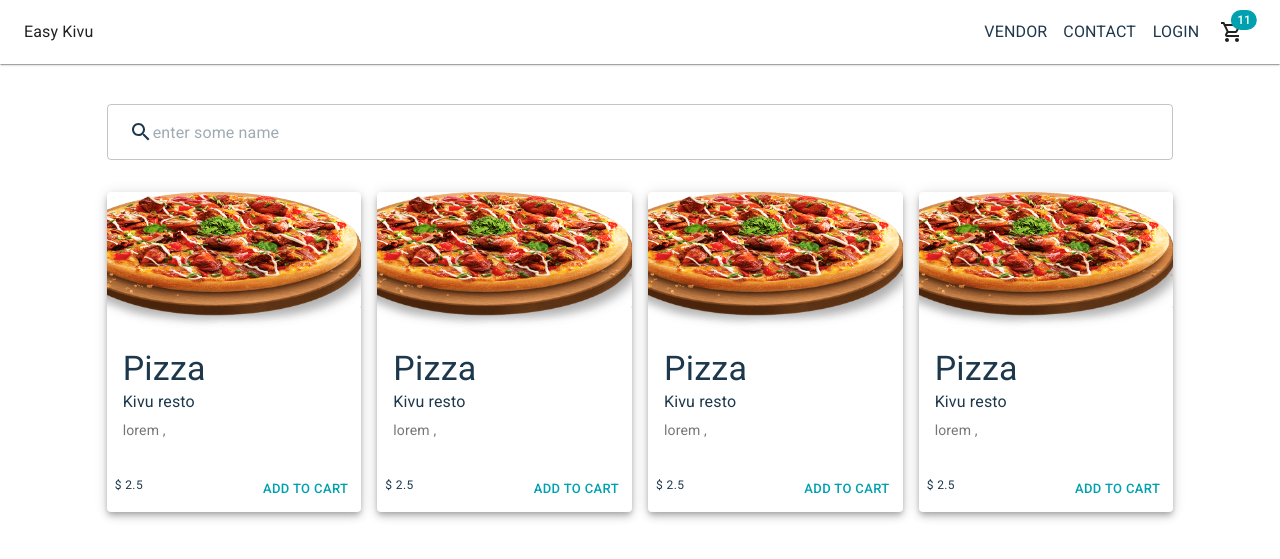
Repository: kilamaelie/jokes-dapp
Page: /
These files come from the project's save history. The page is drawn as it stood at one moment and after the next save; the edit follows.
The browser window is 1280 px wide. The pictures show the whole page.
The project was rebuilt for these pictures with package versions that can differ from the ones it lists, and the page was loaded fresh each time. Also part of the build but not shown: src/ui/page/dashboard/dashboard.js.

Above is the page before, as saved 2021-06-28 02:19:10.

### src/App.js
import React from 'react'
import {BrowserRouter as Router ,Switch,Route} from 'react-router-dom'
import {ThemeProvider } from "@material-ui/core/styles";
import theme from './App_theme/theme'
import CssBaseline from '@material-ui/core/CssBaseline'
import Main from './ui/page/website/main'
import Dashboards from  './ui/page/dashboard/dashboard'
import AppBars from './ui/widget/appbar'



const App =()=>{


  return (
    <ThemeProvider theme={theme}>
      <CssBaseline>
          <Router>
            <AppBars/>
            <Switch>
              <Route path='/dashboard' component={Dashboards}/>
              <Route path= '/' component={Main}/>
            </Switch>
          </Router>
      </CssBaseline>
    </ThemeProvider>
  )
}

export default App

### src/App_theme/theme.js
import {createMuiTheme} from '@material-ui/core/styles'


const theme =createMuiTheme({
    palette:{
        primary:{
          main: '#FFF'
        },
        secondary:{
          main: '#00A1AF'
        },
        background:{
          default:'#FFF'
        },
        text:{
          primary:'#1D384C'
        }

      }
})

export default theme

### src/ui/page/website/main.js
import React from 'react'
import {Switch,Route} from 'react-router-dom'
import Home from './screen/home'



const Main =()=>{
    return (
            <Switch>

                <Route exact path= '/' component={Home}/>
            </Switch>
        )
}

export default Main

### src/ui/widget/appbar.js
import React,{useState} from 'react'
import {Grid,AppBar,Toolbar,IconButton,Typography,Button,Dialog,DialogContent,DialogContentText,MenuItem,Menu,Badge} from '@material-ui/core';
import RestaurantMenuIcon from '@material-ui/icons/RestaurantMenu';
import AccountCircle from '@material-ui/icons/AccountCircle';
import NotificationsIcon from '@material-ui/icons/Notifications';
import MoreIcon from '@material-ui/icons/MoreVert';
import { useTheme} from '@material-ui/core/styles'
import useMediaQuery from '@material-ui/core/useMediaQuery';
import useStyles from '../style'
import {Link} from 'react-router-dom'
import ShoppingCartOutlinedIcon from '@material-ui/icons/ShoppingCartOutlined';




const AppBars =()=>{

  const classes = useStyles();
  const [open, setOpen] = useState(false);
  const theme = useTheme();
  const fullScreen = useMediaQuery(theme.breakpoints.down('sm'));

  const handleClickOpen = () => {
    setOpen(true);
  };
  const handleClose = () => {
    setOpen(false);
  };
  // for the app bar

  const [anchorEl, setAnchorEl] = React.useState(null);
  const [mobileMoreAnchorEl, setMobileMoreAnchorEl] = React.useState(null);

  const isMenuOpen = Boolean(anchorEl);
  const isMobileMenuOpen = Boolean(mobileMoreAnchorEl);

  const handleProfileMenuOpen = (event) => {
    setAnchorEl(event.currentTarget);
  };
  const handleMenuClose = () => {
    setAnchorEl(null);
    handleMobileMenuClose();
  };
  const handleMobileMenuClose = () => {
    setMobileMoreAnchorEl(null);
  };
  const handleMobileMenuOpen = (event) => {
    setMobileMoreAnchorEl(event.currentTarget);
  };
  const handleLogoutAndMenuClose = () =>{
    const logout = localStorage.removeItem('token')
    localStorage.removeItem('id')
    localStorage.removeItem('user')
    setAnchorEl(null);
    handleMobileMenuClose();
    window.location.reload();
    return logout
  }

  const menuId = 'primary-search-account-menu';
  const renderMenu = (
    <Menu
      anchorEl={anchorEl}
      anchorOrigin={{ vertical: 'top', horizontal: 'right' }}
      id={menuId}
      keepMounted
      transformOrigin={{ vertical: 'top', horizontal: 'right' }}
      open={isMenuOpen}
      onClose={handleMenuClose}
    >
      <MenuItem onClick={handleMenuClose}>Profile</MenuItem>
      <MenuItem onClick={handleLogoutAndMenuClose}>Logout</MenuItem>
    </Menu>
  );

  const mobileMenuId = 'primary-search-account-menu-mobile';
  const renderMobileMenu = (
    <Menu
      anchorEl={mobileMoreAnchorEl}
      anchorOrigin={{ vertical: 'top', horizontal: 'right' }}
      id={mobileMenuId}
      keepMounted
      transformOrigin={{ vertical: 'top', horizontal: 'right' }}
      open={isMobileMenuOpen}
      onClose={handleMobileMenuClose}
    >
          <MenuItem>
          <Typography className={classes.typoAppbar}>VENDOR</Typography>
          </MenuItem>
          <MenuItem>
           <Typography className={classes.typoAppbar}>Contact</Typography>
          </MenuItem>
          {/* {
            token!=null? <div>
               <MenuItem>
        <IconButton aria-label="show 11 new notifications" color="inherit">
          <Badge badgeContent={11} color="secondary">
            <NotificationsIcon />
          </Badge>
        </IconButton>
        <p>Notifications</p>
      </MenuItem>
      <MenuItem onClick={handleProfileMenuOpen}>
        <IconButton
          aria-label="account of current user"
          aria-controls="primary-search-account-menu"
          aria-haspopup="true"
          color="inherit"
        >
          <AccountCircle />
        </IconButton>
        <p>Profile</p>
      </MenuItem>
            </div>

            :  */}
             <div>
              <MenuItem>
            <Button onClick={handleClickOpen}><Typography className={classes.typoAppbar}>Login</Typography></Button>
                    <Dialog
                        // fullScreen={fullScreen}
                        open={open}
                        onClose={handleClose}
                        aria-labelledby="responsive-dialog-title"
                          >
                            <DialogContent>
                              <DialogContentText>
                                  {/* <Login/> */}
                              </DialogContentText>
                            </DialogContent>
                    </Dialog>
          </MenuItem>
            </div>
          {/* } */}


    </Menu>
  );
  return (
      <Grid container direction='row'>
          {/* <Grid item xs={1} sm={1}></Grid> */}
          <Grid item xs={12} sm={12}>
          <AppBar position="fixe" elevation={1}  >
        <Toolbar>
          {/* <IconButton
            component={Link}
            to='/'
            edge="start"
            className={classes.menuButton}
            color="inherit"
            aria-label="open drawer"
          >
            <RestaurantMenuIcon className={classes.icon} />
          </IconButton> */}
          <Typography className={classes.title}  noWrap>
            Easy Kivu
          </Typography>

          <div className={classes.grow} />
          <div className={classes.sectionDesktop}>
             <Button ><Typography className={classes.typoAppbar}>VENDOR</Typography></Button>
            <Button><Typography className={classes.typoAppbar}>CONTACT</Typography></Button>
            {/* {token!=null?
            <div>
            <IconButton aria-label="show 17 new notifications" color="inherit">
              <Badge badgeContent={17} color="secondary">
                <NotificationsIcon  color="secondary"/>
              </Badge>
            </IconButton>
            <IconButton
              edge="end"
              aria-label="account of current user"
              aria-controls={menuId}
              aria-haspopup="true"
              onClick={handleProfileMenuOpen}
              color="inherit"
            >
              <AccountCircle color="secondary" />
            </IconButton>
            </div>
            : */}
            <div>
               <Button onClick={handleClickOpen}><Typography className={classes.typoAppbar}>LOGIN</Typography></Button>
                <Dialog
                    // fullScreen={fullScreen}
                    open={open}
                    onClose={handleClose}
                    aria-labelledby="responsive-dialog-title"
                      >
                        <DialogContent>
                          <DialogContentText>
                          {/* <Login/> */}
                          </DialogContentText>
                        </DialogContent>

                    </Dialog>
            </div>

            {/* } */}

          </div>
          <IconButton aria-label="show 11 new notifications" color="inherit">
          <Badge badgeContent={11} color="secondary">
            <ShoppingCartOutlinedIcon />
          </Badge>
        </IconButton>
          <div className={classes.sectionMobile}>
            <IconButton
              aria-label="show more"
              aria-controls={mobileMenuId}
              aria-haspopup="true"
              onClick={handleMobileMenuOpen}
              color="inherit"
            >
              <MoreIcon className={classes.icon} />
            </IconButton>
          </div>
        </Toolbar>
      </AppBar>
      {renderMobileMenu}
      {renderMenu}
          </Grid>
          {/* <Grid item xs={1} sm={1}></Grid> */}
      </Grid>
  )

}
export default AppBars

### src/ui/page/website/screen/home.js
import React from 'react'
import useStyles from '../../../style'
import {Grid,TextField,InputAdornment} from '@material-ui/core'
import SearchIcon from '@material-ui/icons/Search';
import CardItem from '../screen/widget/card'


const Home = () =>{
    const classes =useStyles()

    return (
        <Grid container direction='row' className={classes.margin_40} >
            <Grid item xs={1} sm={1}></Grid>
            <Grid item xs={10} sm={10}  >
               <Grid container spacing={4}  >
                   <Grid item xs={12} sm={12}>
                       <TextField
                        variant='outlined'
                        fullWidth
                        onFocus
                        placeholder="enter some name"
                        InputProps={{
                            startAdornment: (
                              <InputAdornment position="end">
                                <SearchIcon />
                              </InputAdornment>
                            ),
                          }}
                       />
                   </Grid>
                   <Grid item xs={12} sm={12}>
                       <Grid container spacing ={2}>
                           <Grid item xs={12} sm={3}>
                           <CardItem/>
                           </Grid>
                           <Grid item xs={12} sm={3}>
                           <CardItem/>
                           </Grid>
                           <Grid item xs={12} sm={3}>
                           <CardItem/>
                           </Grid>
                           <Grid item xs={12} sm={3}>
                           <CardItem/>
                           </Grid>
                       </Grid>
                   </Grid>
               </Grid>
            </Grid>
            <Grid item xs={1} sm={1}></Grid>
        </Grid>
    )
}

export default Home

### src/ui/style.js
import {makeStyles} from '@material-ui/core/styles'

export default makeStyles((theme)=>({

    app:{
        background:'white',
        //marginTop:10,
        // marginbo

    },
    title:{
        color:theme.palette.primary.secondary,
        fontWeight:400,

    },
    grow: {
        flexGrow: 1,
      },
      menuButton: {
        marginRight: theme.spacing(4),
      },
      title: {
        display: '',
        color:theme.palette.primary.secondary,
        fontWeight: 400 ,
        [theme.breakpoints.up('sm')]: {
          display: 'block',
          fontWeight: 400
        },
      },

      sectionDesktop: {
        display: 'none',
        [theme.breakpoints.up('md')]: {
          display: 'flex',
        },
      },
      sectionMobile: {
        display: 'flex',
        [theme.breakpoints.up('md')]: {
          display: 'none',
        },
      },
    icon:{
        color:theme.palette.primary.secondary,
    },
    typoAppbar:{
      color:theme.palette.primary.secondary,
      fontSize: 15,
      fontWeight:400
    },
    homeAppbar:{
      marginTop:40,
      backgroundColor:theme.palette.primary.secondary,
      height:80,
      borderRadius:"10px"
    },
    margin_40:{
      marginTop: 40,
      marginBottom:40
    }

}))

### src/ui/page/website/screen/widget/card.js
import React from 'react'
import {Grid,TextField,Typography} from '@material-ui/core'
import Card from '@material-ui/core/Card';
import CardActionArea from '@material-ui/core/CardActionArea';
import CardActions from '@material-ui/core/CardActions';
import CardContent from '@material-ui/core/CardContent';
import CardMedia from '@material-ui/core/CardMedia';
import Button from '@material-ui/core/Button';
import Pizza from '../../../../../assets/pizza.png'


const CardItem =()=>{
    return (
        <Card elevation={5} >
        {/* <CardActionArea> */}
          <CardMedia
            style={{height:140}}
            image={Pizza}
            // title={imagetitle}
          />
          <CardContent>
            <Typography variant="caption" variant='h4' component="h2" >
              Pizza
            </Typography>
            <Typography gutterBottom  component="h2" >
              Kivu resto
            </Typography>
            <Typography variant="body2" color="textSecondary" style={{height:30}}>
             lorem ,
            </Typography>
          </CardContent>
        {/* </CardActionArea> */}
        <CardActions>
          <Grid container>
            <Grid item sm={6} md={6} xs={6} justify="center">
              <Typography variant="caption">
                $ 2.5
              </Typography>
            </Grid>
            <Grid item md={6} xs={6}>
              <Grid container direction="column" justify="center" alignItems="flex-end">
              <Button size="small" color="secondary" >
                Add to cart
              </Button>
              </Grid>
            </Grid>
          </Grid>
        </CardActions>
      </Card>
    )
}


export default CardItem;

Loaded but not shown: public/index.html (common file); src/index.js (common file); src/index.css (common file); src/reportWebVitals.js (common file)

After the next save:
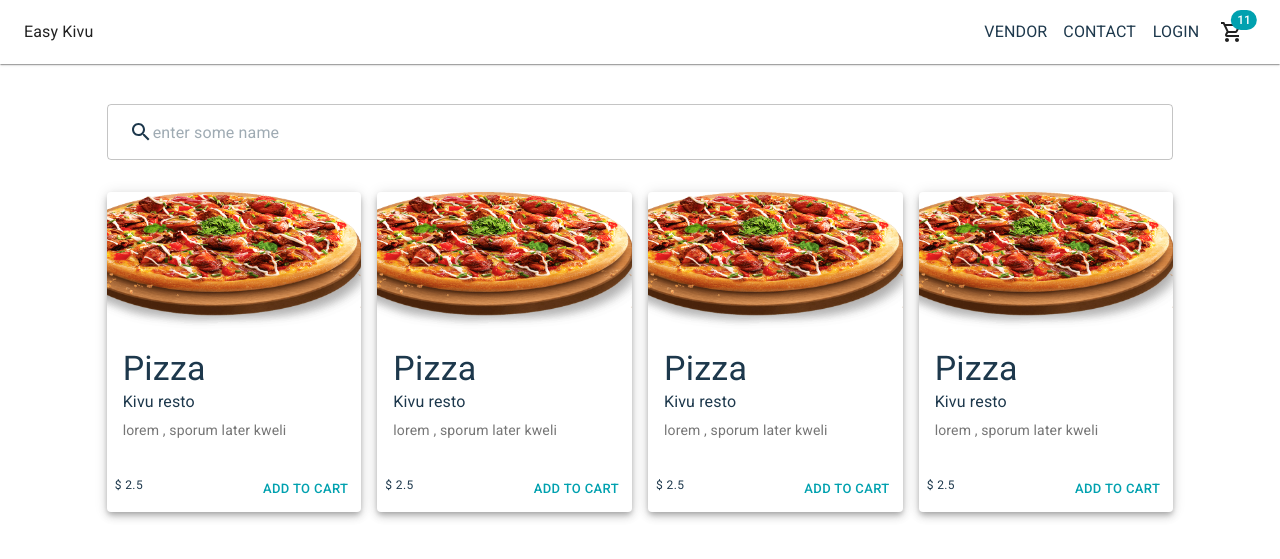
Saved 111 s later.
--- a/src/ui/page/website/screen/widget/card.js
+++ b/src/ui/page/website/screen/widget/card.js
@@ -26,7 +26,7 @@ const CardItem =()=>{
               Kivu resto
             </Typography>
             <Typography variant="body2" color="textSecondary" style={{height:30}}>
-             lorem ,
+             lorem , sporum later kweli
             </Typography>
           </CardContent>
         {/* </CardActionArea> */}
